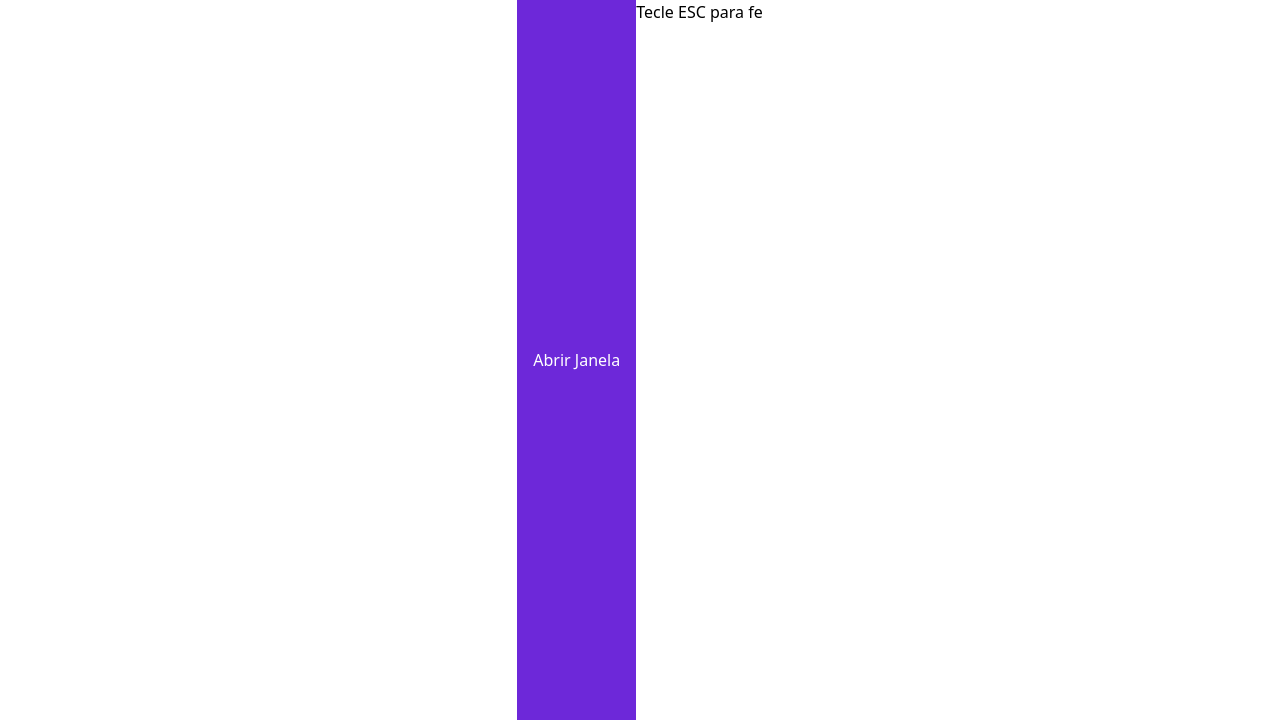
Repository: vndp/Dom_lab
Page: Praticando/index.html
An editor plug-in stored every save of this project. The page is shown before and after a run of saves, followed by the edit.
The browser window is 1280 px wide. The pictures show the whole page.

Above is the page before, as saved 2022-07-19 10:30:03.

### Praticando/index.html
<!DOCTYPE html>
<html lang="pt-br">
<head>
    <meta charset="UTF-8">

    <meta name="viewport" content="width=device-width, initial-scale=1.0">
    <title>Dom eventos</title>

    <link href="https://unpkg.com/tailwindcss/dist/tailwind.min.css" rel="stylesheet" >

</head>
<body class="h-screen bg-purple-108 flex flec-col itens-center justify-center">

    <button
    id="openModal"
    class="bg-purple-700 text-white py-2 px-4 rouded">
    Abrir Janela
</button>


<div class="modal-wrapper invisible fixed
            bg-gray-500 w-screen h-screen flex
            itens-center justify-center">
</div class="p-8 bg-white text-center rounded">
    Tecle ESC para fe


</body>
</html>

After the next 5 saves:
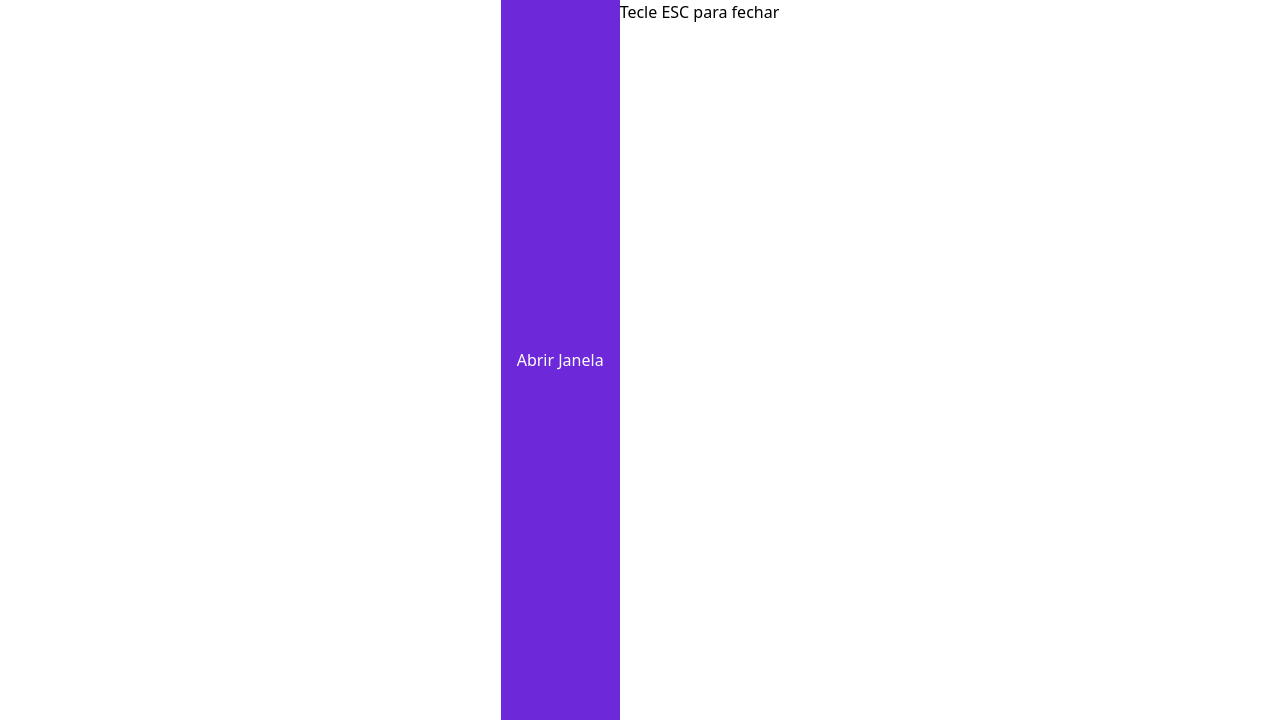
The 5 saves are shown as one change because they came seconds apart.
The last was saved 11 s later.
--- a/Praticando/index.html
+++ b/Praticando/index.html
@@ -22,7 +22,9 @@
             bg-gray-500 w-screen h-screen flex
             itens-center justify-center">
 </div class="p-8 bg-white text-center rounded">
-    Tecle ESC para fe
+    Tecle ESC para fechar
+
+
 
 
 </body>
